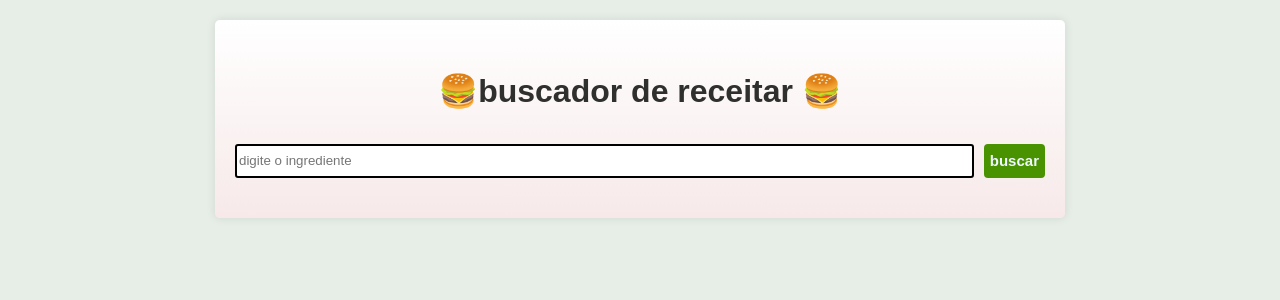
Repository: RoneT9/Receitas
Page: receita.html
An editor plug-in stored every save of this project. The page is shown before and after the next save, followed by the edit.
The browser window is 1280 px wide. The pictures show the whole page.

Above is the page before, as saved 2026-02-08 16:59:36.

After the next save:
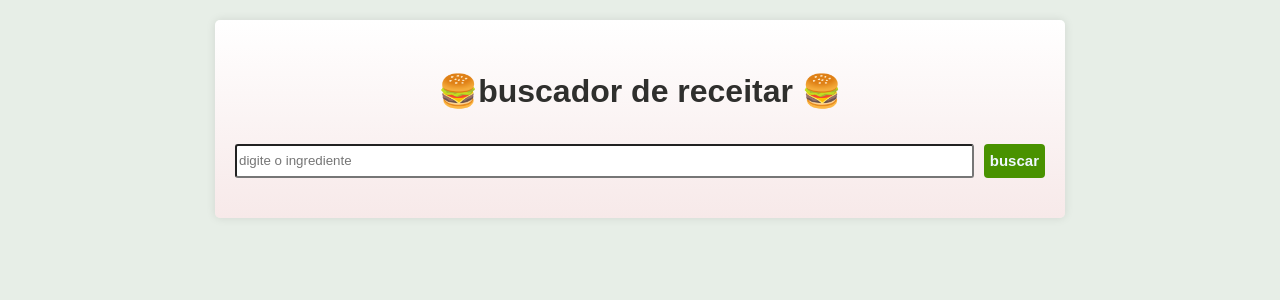
Saved 46 s later.
--- a/receita.css
+++ b/receita.css
@@ -29,10 +29,10 @@ h1 {
 .seach-ipunt {
   flex: 1;
   height: 28px;
-  border: none;
+  /* border: none; */
   outline: none;
   border-radius: 3px;
-  border: 2px solid black;
+  /* border: 2px solid black; */
 }
 
 .seach-ipunt:focus {
